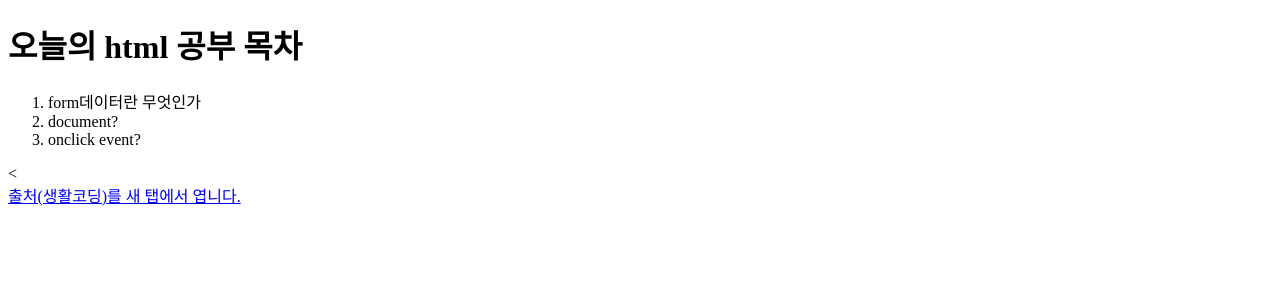
Repository: PareutPareut/frontend
Page: markDowns/study1129.html
The author's editor kept a copy of each file at every save. The page is drawn from the files as they stood at one save, then again after the next save.
The browser window is 1280 px wide. The pictures show the whole page.

Above is the page before, as saved 2023-11-29 14:45:05.

### markDowns/study1129.html
<!doctype html>
<html>
    <head>
        <meta charset="utf-8"/>
        <title>html- form, document, onclick event</title>
    </head>
    <body>
        <header>
            <h1>오늘의 html 공부 목차</h1>
        </header>
        <ol>
            <li>form데이터란 무엇인가</li>
            <li>document?</li>
            <li>onclick event?</li>
        </ol>

        <form action="localhost:3000/user" method="post">
            <

        </form>


        <script>

        </script>

        <footer>
            <a href="https://opentutorials.org/course/2039/10962" target="_blank">출처(생활코딩)를 새 탭에서 엽니다.</a>
        </footer>


    </body>
</html>

After the next save:
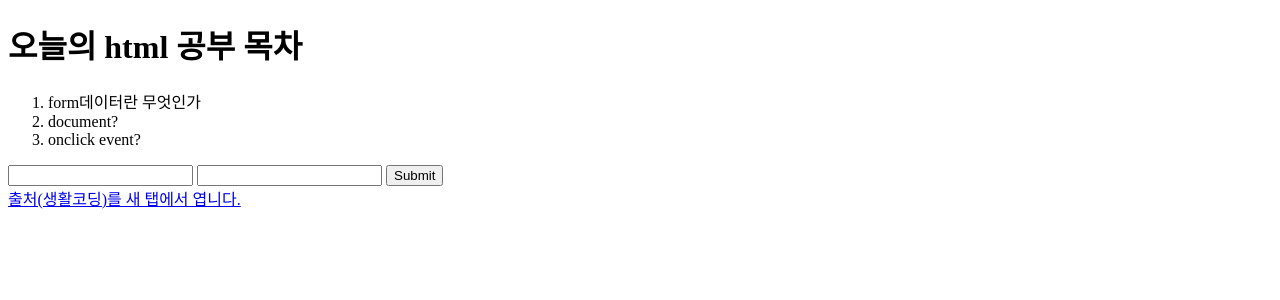
Saved 3 min 23 s later.
--- a/markDowns/study1129.html
+++ b/markDowns/study1129.html
@@ -15,8 +15,9 @@
         </ol>
 
         <form action="localhost:3000/user" method="post">
-            <
-
+            <input type="text" name="id">
+            <input type="password" name="pwd">
+            <input type="submit">
         </form>
 
 
